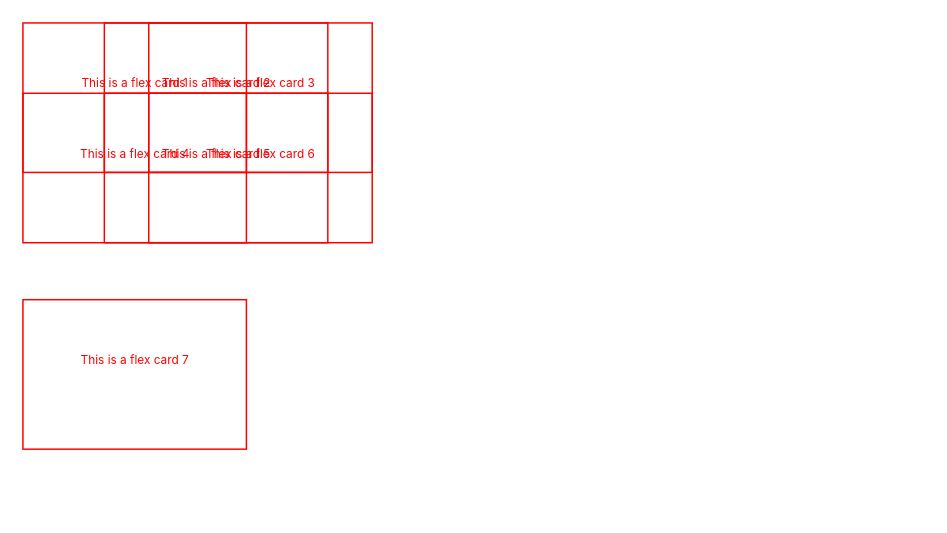
Repository: thai-shriya/anxiety-tracker
Page: /
These files come from the project's save history. The page is drawn as it stood at one moment and after the next save; the edit follows.
The browser window is 1280 px wide. The pictures show the whole page, at 74% of full size.
The project was rebuilt for these pictures with package versions that can differ from the ones it lists, and the page was loaded fresh each time.

Above is the page before, as saved 2024-04-22 14:46:32.

After the next save:
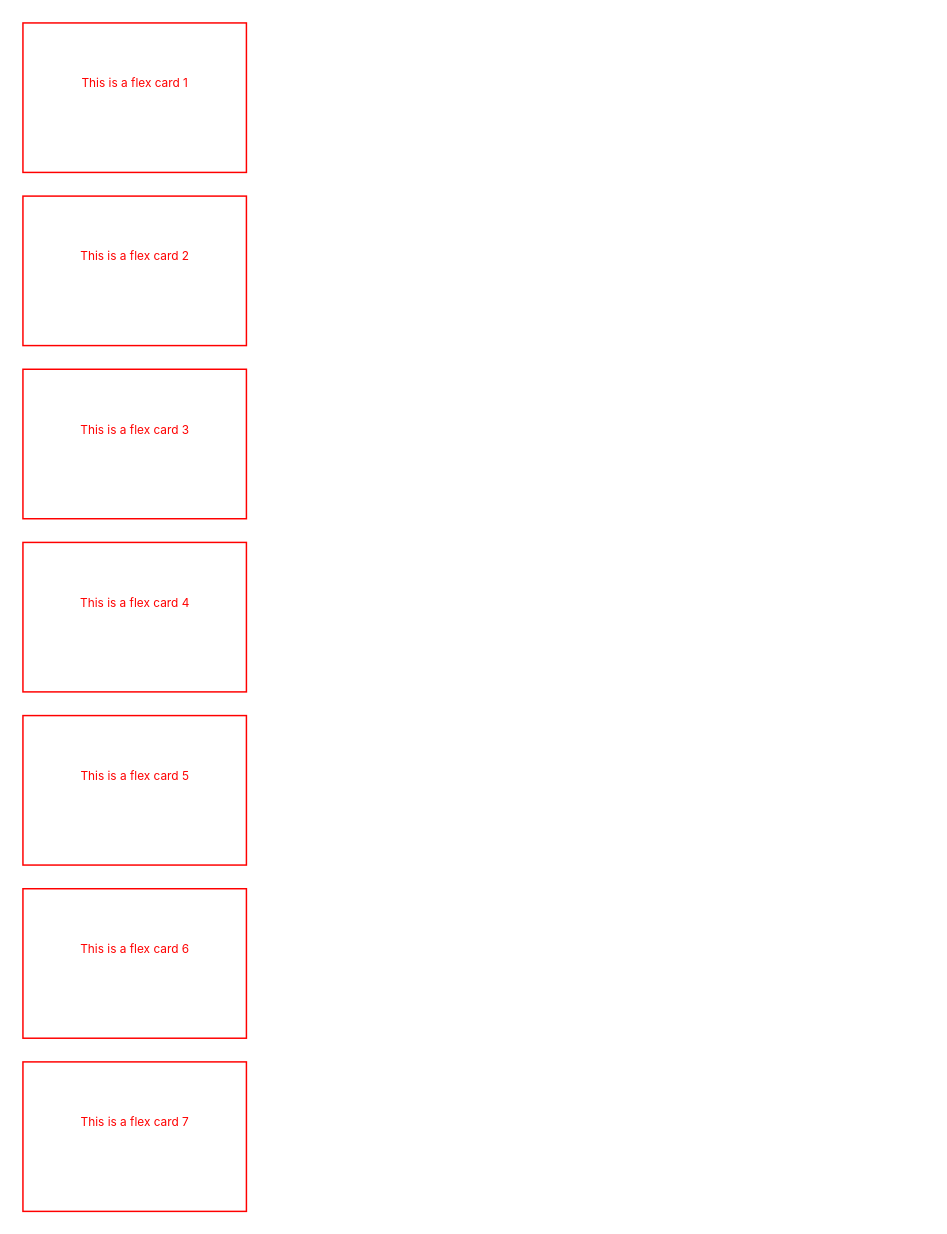
Saved 7 s later.
--- a/src/App.css
+++ b/src/App.css
@@ -1,5 +1,5 @@
 .main-container{
-  display: grid;
+
  grid-template-columns: 100px 50px 100px;
   grid-template-rows: 80px auto 80px;
   column-gap: 10px;
